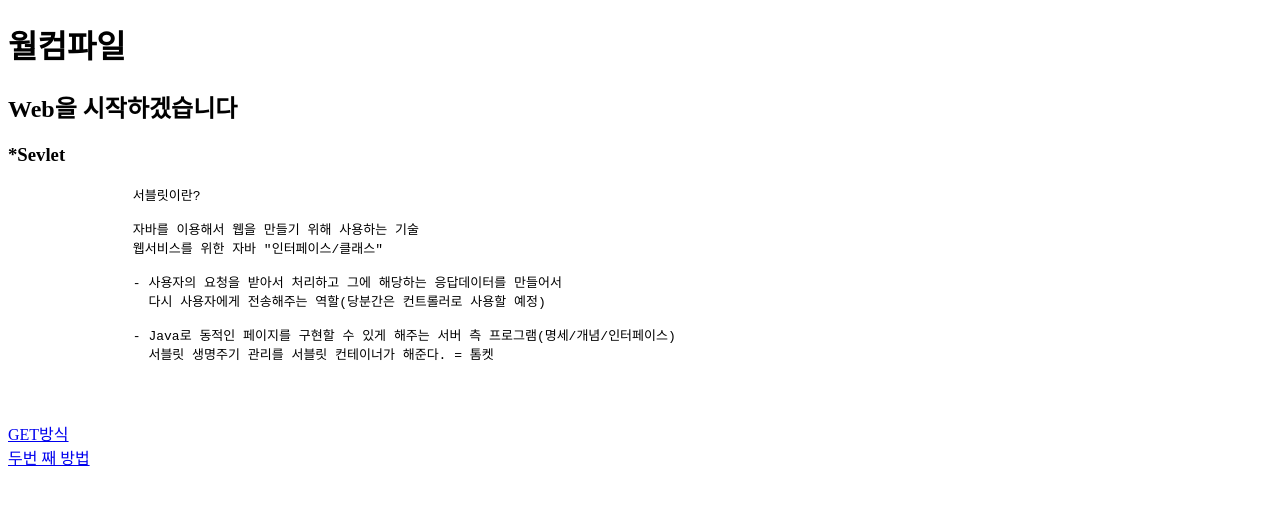
Repository: ham-zi/front-practice
Page: dynamic-workspace/MyFirstWebProject/src/main/webapp/index.html
An editor plug-in stored every save of this project. The page is shown before and after a run of saves, followed by the edit.
The browser window is 1280 px wide. The pictures show the whole page.

Above is the page before, as saved 2026-05-04 08:17:36.

### dynamic-workspace/MyFirstWebProject/src/main/webapp/index.html
<!DOCTYPE html>
<html>
<head>
<meta charset="UTF-8">
<title>HTML!</title>
</head>
<body>

	<h1>월컴파일</h1>

	<!--
	1) 새 워크스페이스 생성 후 이클립스로 열기

	2) 작업 환경 구성
		1. 보여질 화면 요소를 구성

		2. 서버 실행 환경 구성 [window - preferences - (Server - Runtime Environments)]
		   이클립스 상에서 서버를 실행할 수 있도록 실행 환경을 연동하는 과정
		   Add 버튼 클릯 -> 설치한 ApacheTomcat과 동일한 버전을 선택 -> next버튼
		   -> Browse버튼 클릭 -> 설치한 톰켓 폴더(bin폴더가 보여야함) -> finish버튼 클릭

	3-1) 서버 생성하기(Servers)
		1. [Server] - [new] - [server]

		2. [2-2작업을 했다면 기본적으로 Runtime이 잡혀있음]

		3. finish버튼 클릭

	3-2) 서버 세팅하기(만들어진 서버를 더블 클릭)
		1. 왼쪽하단에 ServerOptions탭이 있음 -> Serve Module Publishing 체크박스를 체크
		-> 체크를 안하면 file upload / download 경로 지정이 운영체제 상 숨김폴더로 지정

		2. 포트번호 충동을 방지하기 위해서 포트번호 재설정 -> 작업이 끝나면 반드시 저장해야한다.


	4) Dynamic Web Project만들기 [Project Explorer - new]
		1. 프로젝트명 작성하기 -> Next 버튼

		2. defalut output folder 경로 재설정 :
			src/main/webapp/WEB-INF/classes -> next버튼
		=> classes : 폴더 안에 컴파일이 끝난 .class파일이 들어감 -> bin폴더의 대체
		=> 왜 이 경로가 아니면 안될까? webapp 밑에 파일들은 접근이 가능하지만
		=> 예외로 WEB-INF 밑에는 접근이 불가능함 (보안)

		3. context root : 애플리케이션만의 고유한 별칭으로 만들어줌(기본값 : 프로젝트 명)
		재정의해서 쓰는것이 일반적임, 실제로 매우 자주 바뀜
		=> 하나의 서버로 여러 개의 애플리케이션을 구동할 수 있다.
		고유한 이름을 통해 애플리케이션에 요청을 보내는 경로로 사용할 수 있다.

		content Directory : 실제 배포되는 폴더의 최상위 폴더 => 변경X

		Generate Web.xml deployment descriptor : 기본적으로 체크x
		-> 현재 애플리케이션의 정보를 담는 파일 => 나는 죽었다 깨어나도 바꿀 일 없다 => 안만들어도 무방
		Finish 버튼 클릭

	-->

	<h2> Web을 시작하겠습니다</h2>

	<h3>*Sevlet</h3>

	<pre>
		서블릿이란?

		자바를 이용해서 웹을 만들기 위해 사용하는 기술
		웹서비스를 위한 자바 "인터페이스/클래스"

		- 사용자의 요청을 받아서 처리하고 그에 해당하는 응답데이터를 만들어서
		  다시 사용자에게 전송해주는 역할(당분간은 컨트롤러로 사용할 예정)

		- Java로 동적인 페이지를 구현할 수 있게 해주는 서버 측 프로그램(명세/개념/인터페이스)
		  서블릿 생명주기 관리를 서블릿 컨테이너가 해준다. = 톰켓


	</pre>

	<a href="http://localhost:8088/first/views/request_get.html">GET방식</a> <br>
	<a href="views/request_get.html">두번 째 방법</a>
	<!-- 두가지 요청 방법이 있음
		1. (절대경로) http://localhost:8088/first/views/request_get.html
		2. (상대경로) views/request_get.html
	 -->



</body>
</html>

After the next 2 saves:
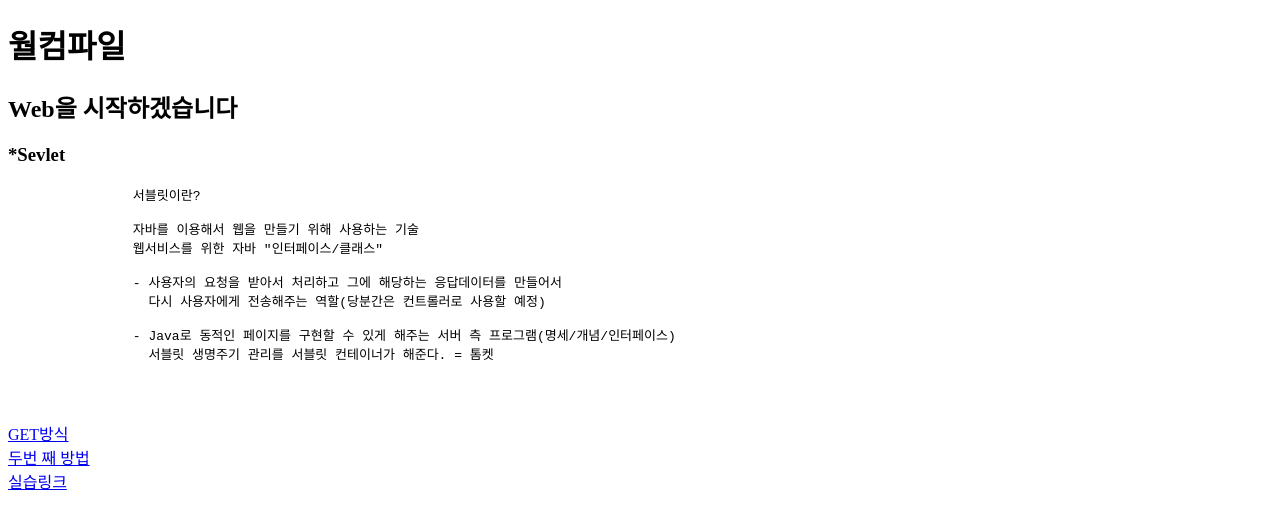
The 2 saves are shown as one change because they came seconds apart.
The last was saved 51 s later.
--- a/dynamic-workspace/MyFirstWebProject/src/main/webapp/index.html
+++ b/dynamic-workspace/MyFirstWebProject/src/main/webapp/index.html
@@ -75,10 +75,20 @@
 	</pre>
 
 	<a href="http://localhost:8088/first/views/request_get.html">GET방식</a> <br>
-	<a href="views/request_get.html">두번 째 방법</a>
+	<a href="views/request_get.html">두번 째 방법</a> <br>
+
+	<a href="http://localhost:8088/first/views/request_get2.html">실습링크</a>
 	<!-- 두가지 요청 방법이 있음
 		1. (절대경로) http://localhost:8088/first/views/request_get.html
 		2. (상대경로) views/request_get.html
+
+
+		오늘 수업시간에 활용했던 파일을 참고해서
+		새롭게 html 및 a태그를 만들고
+		사용자에게 form태그와 input요소를 이용해서 값10개 ( 다양한 형태)
+		서블릿을 새로 만들고 콘솔 창에 요청 시 전달 값을 출력해보기
+
+
 	 -->
 
 
